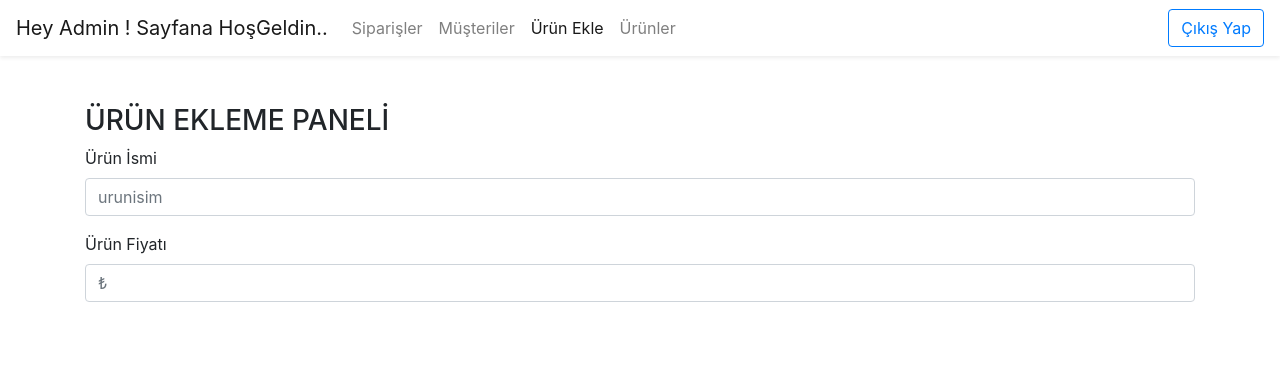
Repository: NergisAktug/E-Commerce-PythonWithFlask-Sqlite3
Page: http://localhost/urunEkle
The author's editor kept a copy of each file at every save. The page is drawn from the files as they stood at one save, then again after the next save.
The browser window is 1280 px wide. The pictures show the whole page.
Some web libraries are served in a nearby version. The page is served by the project's application, run on Flask 3 (app.py).

Above is the page before, as saved 2018-12-08 15:32:23.

### templates/urunEkle.html
<!doctype html>
<html lang="en">
  <head>
      <!-- Required meta tags -->
    <meta charset="utf-8">
    <meta name="viewport" content="width=device-width, initial-scale=1, shrink-to-fit=no">
    <link rel="stylesheet" href="https://use.fontawesome.com/releases/v5.5.0/css/all.css" integrity="sha384-B4dIYHKNBt8Bc12p+WXckhzcICo0wtJAoU8YZTY5qE0Id1GSseTk6S+L3BlXeVIU" crossorigin="anonymous">
    <!-- Bootstrap CSS -->
    <link rel="stylesheet" href="https://stackpath.bootstrapcdn.com/bootstrap/4.1.3/css/bootstrap.min.css" integrity="sha384-MCw98/SFnGE8fJT3GXwEOngsV7Zt27NXFoaoApmYm81iuXoPkFOJwJ8ERdknLPMO" crossorigin="anonymous">

    <title>Hello, world!</title>
  </head>
  <body>
    <nav class="navbar navbar-expand-lg navbar-light shadow-sm" >
        <a href="/" class="navbar-brand">Hey Admin ! Sayfana HoşGeldin..</a>
        <button class="navbar-toggler" type="button" data-toggle="collapse" data-target="#navbarMenü">
            <span class="navbar-toggler-icon"></span>
        </button>
        <div class="collapse navbar-collapse" id="navbarMenü">
            <ul class="navbar-nav mr-auto">
                <li class="nav-item">
                    <a href="#" class="nav-link" >Siparişler</a>
                 </li>
                 <li class="nav-item">
                        <a href="#" class="nav-link">Müşteriler</a>
                     </li>
                     <li class="nav-item">
                        <a href="#" class="nav-link active">Ürün Ekle</a>
                     </li>
                     <li class="nav-item">
                        <a href="#" class="nav-link">Ürünler</a>
                     </li>
                </ul>
                <ul class="navbar-nav">
                    <li class="nav-item">
                    <a href="/cikis" class="btn btn-outline-primary">Çıkış Yap</a>
                    </li>
                </ul>

        </div>

    </nav>
    <div class="container my-5" style="margin-top:100px;">
        <h3>ÜRÜN EKLEME PANELİ</h3>
        <form>
            <div class="form-group">
              <label for="formGroupExampleInput">Ürün İsmi</label>
              <input type="text" class="form-control" id="formGroupExampleInput" placeholder="urunisim">
            </div>
            <div class="form-group">
              <label for="formGroupExampleInput2">Ürün Fiyatı</label>
              <input type="number" class="form-control" id="formGroupExampleInput2" placeholder="₺">
            </div>
          </form>
  </div>



    <!-- Optional JavaScript -->
    <!-- jQuery first, then Popper.js, then Bootstrap JS -->
    <script src="https://unpkg.com/aos@2.3.1/dist/aos.js"></script>
    <script src="https://code.jquery.com/jquery-3.3.1.slim.min.js" integrity="sha384-q8i/X+965DzO0rT7abK41JStQIAqVgRVzpbzo5smXKp4YfRvH+8abtTE1Pi6jizo" crossorigin="anonymous"></script>
    <script src="https://cdnjs.cloudflare.com/ajax/libs/popper.js/1.14.3/umd/popper.min.js" integrity="sha384-ZMP7rVo3mIykV+2+9J3UJ46jBk0WLaUAdn689aCwoqbBJiSnjAK/l8WvCWPIPm49" crossorigin="anonymous"></script>
    <script src="https://stackpath.bootstrapcdn.com/bootstrap/4.1.3/js/bootstrap.min.js" integrity="sha384-ChfqqxuZUCnJSK3+MXmPNIyE6ZbWh2IMqE241rYiqJxyMiZ6OW/JmZQ5stwEULTy" crossorigin="anonymous"></script>
    <script>
        AOS.init();
      </script>
  </body>
</html>

### app.py
import datetime
from flask import Flask,flash, request, render_template_string, render_template
from flask import Flask, url_for, render_template, request, redirect, session, escape, render_template_string
from flask_babelex import Babel
from flask_sqlalchemy import SQLAlchemy
from flask_user import current_user, login_required, roles_required
from sqlalchemy.sql import table, column, select
from sqlalchemy import MetaData, create_engine
from flask_user import login_required, roles_required, UserManager, UserMixin


class ConfigClass(object):

    SECRET_KEY = 'This is an INSECURE secret!! DO NOT use this in production!!'

    SQLALCHEMY_DATABASE_URI = 'sqlite:///eticaret.sqlite'
    SQLALCHEMY_TRACK_MODIFICATIONS = False

    MAIL_SERVER = 'smtp.gmail.com'
    MAIL_PORT = 465
    MAIL_USE_SSL = True
    MAIL_USE_TLS = False
    MAIL_USERNAME = 'nergis.aktug2014@gmail.com'
    MAIL_PASSWORD = '05383896877'
    MAIL_DEFAULT_SENDER = '"MyApp" <xyz@gmail.com>'

    USER_ENABLE_EMAIL = True
    USER_ENABLE_USERNAME = False
    USER_EMAIL_SENDER_EMAIL = "noreply@example.com"


def create_app():



    app = Flask(__name__)
    app.config.from_object(__name__ + '.ConfigClass')

    db = SQLAlchemy(app)

    class Kullanici(db.Model):
        __tablename__ = 'Kullanici'
        id = db.Column(db.Integer, primary_key=True)
        email = db.Column(db.String(80), unique=True)
        sifre = db.Column(db.String(80))
        rolId = db.Column(db.Integer, db.ForeignKey('rol.rolId', ondelete='CASCADE'))
        active = db.Column('is_active', db.Boolean(), nullable=False, server_default='1')


        def __init__(self, email, sifre):
            self.email = email
            self.sifre = sifre
            self.rolId = 0

    class Roller(db.Model):
        __tablename__ = 'rol'
        rolId = db.Column(db.Integer, primary_key=True)
        rolisim = db.Column(db.String(80))

    class urunler(db.Model):
        __tablename__ = 'urunler'
        urun_id = db.Column(db.Integer, primary_key=True)
        kategori_id = db.Column(db.Integer(), db.ForeignKey('kategori.kategoriId', ondelete='CASCADE'))
        urunresmi = db.Column(db.String(80))
        urunFiyati = db.Column(db.Integer)
        markaId = db.Column(db.Integer(), db.ForeignKey('markalar.markaId', ondelete='CASCADE'))

        def __init__(self, kategori_id, urun_ozellikleri, urun_fiyati):
            self.kategori_id = kategori_id
            self.urun_ozellikleri = urun_ozellikleri
            self.urun_fiyati = urun_fiyati

    class kategori(db.Model):
        __tablename__ = 'kategori'
        kategoriId = db.Column(db.Integer, primary_key=True)
        kategori_adi = db.Column(db.String(80))

        def __init__(self, kategori_adi):
            self.kategori_adi = kategori_adi

    class markalar(db.Model):
        __tablename__ = 'markalar'
        markaId = db.Column(db.Integer, primary_key=True)
        markaadi = db.Column(db.String(80))
        marka_modeli = db.Column(db.String(80))

        def __init__(self, markaadi, marka_modeli):
            self.markaadi = markaadi
            self.marka_modeli = marka_modeli

    class musteri(db.Model):
        __tablename__ = 'musteri'
        musteriId = db.Column(db.Integer, primary_key=True)
        musteriadi = db.Column(db.String(80))
        musterisoyadi = db.Column(db.String(80))
        mail = db.Column(db.String(80), unique=True)
        telefon = db.Column(db.Integer)
        sifre = db.Column(db.String(80))
        il = db.Column(db.String(80))
        ilce = db.Column(db.String(80))
        kullaniciId = db.Column(db.Integer(), db.ForeignKey('Kullanici.id', ondelete='CASCADE'))

        def __init__(self, musteriadi, musterisoyadi, mail, telefon, sifre, il, ilce, kullaniciId):
            self.musteriadi = musteriadi
            self.musterisoyadi = musterisoyadi
            self.mail = mail
            self.telefon = telefon
            self.sifre = sifre
            self.il = il
            self.ilce = ilce
            self.kullaniciId = kullaniciId

    class siparis(db.Model):
        __tablename__ = 'siparis'
        siparisId = db.Column(db.Integer, primary_key=True)
        musteriId = db.Column(db.Integer(), db.ForeignKey('musteri.musteriId', ondelete='CASCADE'))
        urunId = db.Column(db.Integer(), db.ForeignKey('urunler.urun_id', ondelete='CASCADE'))
        siparisno = db.Column(db.Integer)
        siparisTarihi = db.Column(db.Integer)
        odemeId = db.Column(db.Integer())

        def __init__(self, musteriId, urunId, siparisno, siparisTarihi, odemeId):
            self.musteriId = musteriId
            self.urunId = urunId
            self.siparisno = siparisno
            self.siparisTarihi = siparisTarihi
            self.odemeId = odemeId

    user_manager = UserManager(app, db, Kullanici)
    db.create_all()




    @app.route('/')
    def anasayfa():
        return render_template('index.html')

    @app.route('/kayit', methods=['GET', 'POST'])
    def kayit():
        if request.method == 'POST':
            mail = request.form['email']
            parola = request.form['sifre']
            yeniKullanici = Kullanici(email=mail, sifre=parola)
            db.session.add(yeniKullanici)
            db.session.commit()
            if yeniKullanici is not None:
                mesaj = "Kayıt Başarıyla Sağlanmıştır."
                return render_template("index.html", mesaj=mesaj)
        else:
            return render_template('kayit.html')
    @app.route('/admin')
    def admin():
        return render_template("admin.html")

    @app.route('/uye', methods=['GET', 'POST'])
    def uye():
        return render_template("uyeGirisi.html")

    @app.route('/giris', methods=['GET', 'POST'])
    def giris():
        hata=None
        if request.method=='POST':
            if request.form['email']!='admin@example.com' or request.form['sifre']!='admin':
                if Kullanici.query.filter_by(email=request.form['email'],sifre=request.form['sifre']) is not None:
                    session['uye_giris']=True
                    return redirect(url_for('anasayfa'))
                else:
                    hata='hatalı giris yaptınız'

            else:
                flash('giriş başarılı')
                session['admin_giris']=True
                return redirect(url_for('admin'))
        return render_template('uyeGiris.html',hata=hata)
    @app.route('/cikis')
    def cikis():

        session.pop('admin_giris',None)
        session.pop('uye_giris',None)
        return render_template("index.html")
    @app.route('/urunEkle')
    def yonlendir():
        return render_template("urunEkle.html")
    return app
if __name__ == '__main__':
    app=create_app()


    app.run(host='127.0.0.1', port=5000, debug=True)

After the next save:
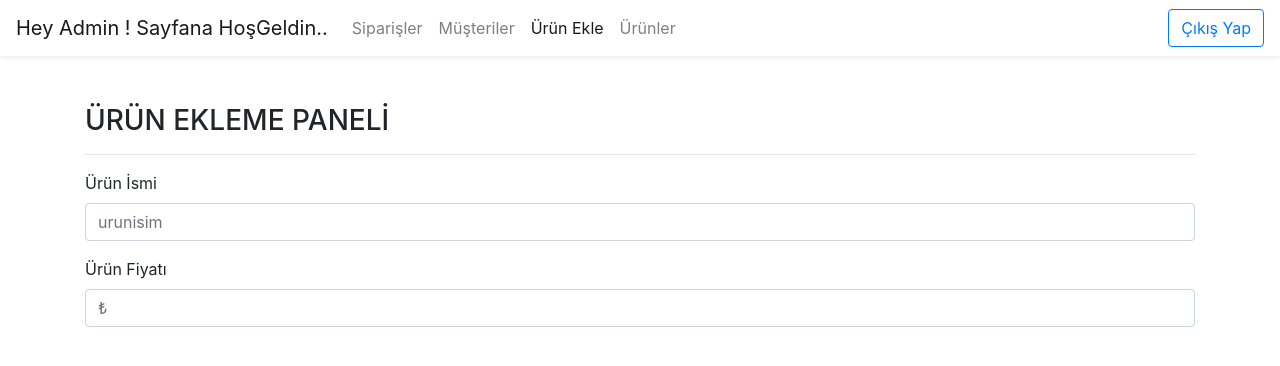
Saved 41 s later.
--- a/templates/urunEkle.html
+++ b/templates/urunEkle.html
@@ -42,6 +42,7 @@
     </nav>
     <div class="container my-5" style="margin-top:100px;">
         <h3>ÜRÜN EKLEME PANELİ</h3>
+        <HR>
         <form>
             <div class="form-group">
               <label for="formGroupExampleInput">Ürün İsmi</label>
